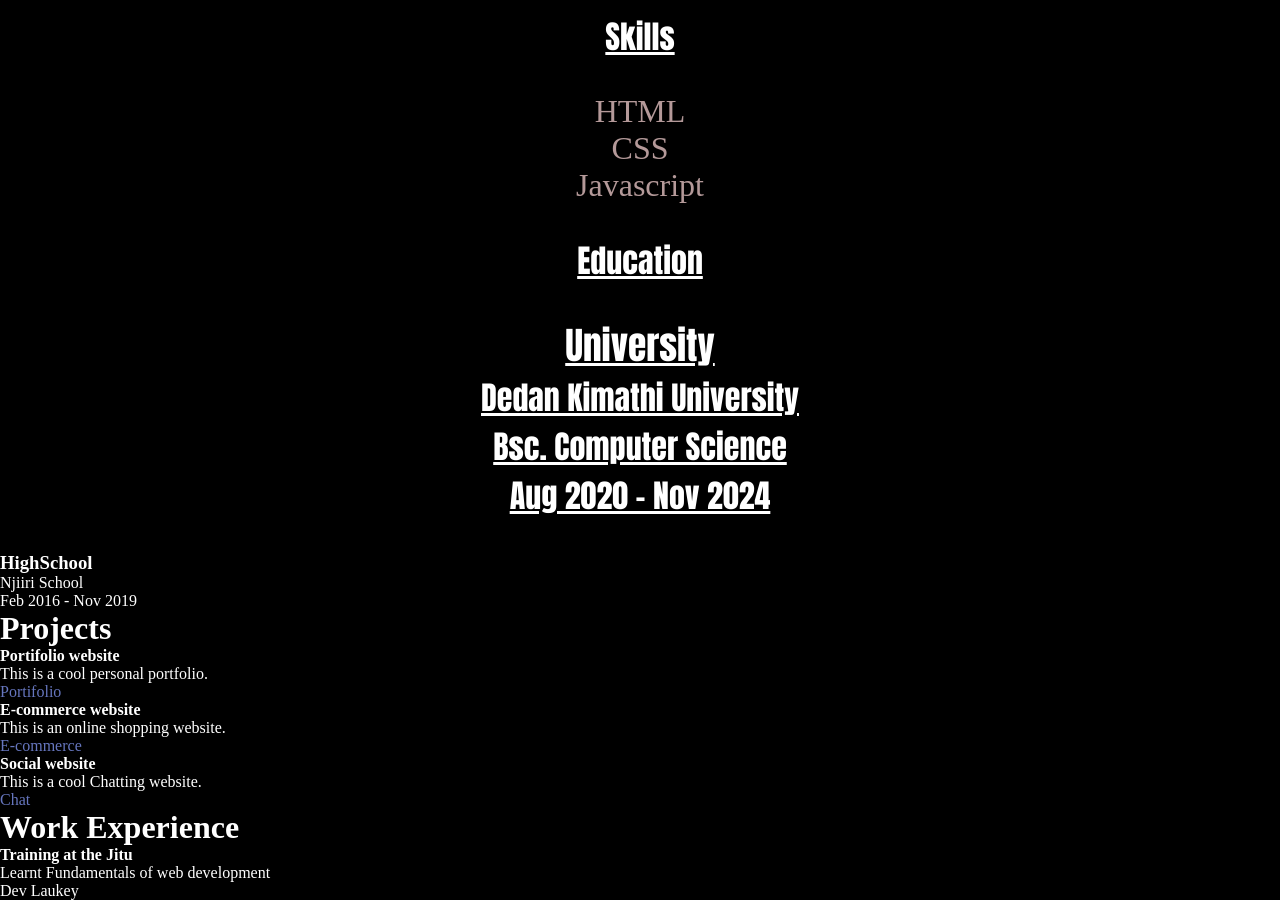
Repository: LaukeyMwaura/Jitu-Day-2
Page: index.html
The author's editor kept a copy of each file at every save. The page is drawn from the files as they stood at one save, then again after the next save.
The browser window is 1280 px wide. The pictures show the part of the page from y = 640 to 1540 px (the page is 1540 px tall before and 1305 px after).
A picture or video elsewhere on the page could not be fetched, so the positions and the page height are approximate.

Above is the page before, as saved 2022-05-12 00:33:10.

### index.html
<!DOCTYPE html>
<html lang="en">
  <head>
    <meta charset="UTF-8" />
    <meta http-equiv="X-UA-Compatible" content="IE=edge" />
    <meta name="viewport" content="width=device-width, initial-scale=1.0" />
    <title>First Site</title>
    <link rel="stylesheet" href="./style.css">
  </head>
  <body>
    <nav class="nav">
      <ul class="list" style="list-style-type: circle">
        <li><a href="#about">About </a></li>
        <li><a href="#skills">Skills </a></li>
        <li><a href="#education">Education </a></li>
        <li><a href="#projects">Projects </a></li>
        <li><a href="#work">Work </a></li>
      </ul>
    </nav>
    <div id="about">
      <h1 class="heading" id="about-me">About Me</h1>
      <div class="about">
        <p class="text">Music Lover

        </p>
        <br>
         <p class="text"> Programming Enthusiast.</p>
          <p class="text">Let's connect:</p>
      <ul class="links">
     <li><a class="link" target="_blank" href="https://devlaukey.netlify.com/">Website</a></li>

        <li> <a target="_blank" href="https://www.linkedin.com/in/devlaukey/"
        >LinkedIn</a
      ></li>
        <li>
      <a target="_blank" href="https://github.com/DevLaukey">Github</a></li>
      </ul>

      <img
        height="450"
        weight="450"
        src="https://devlaukey.netlify.app/uploads/me.jpeg"
        alt=""
      />

      </div>


    </div>
    <div id="skills" >
      <h1 class="heading">Skills</h1>
      <ul class="skills">
        <li id="html">HTML</li>
        <li>CSS</li>
        <li>Javascript</li>
      </ul>
    </div>

    <div class="education" id="education">
      <h1 class="heading">Education</h1>
      <div class="heading">
        <h3>University</h3>
        <p>Dedan Kimathi University</p>
        <p>Bsc. Computer Science</p>
        <p>Aug 2020 - Nov 2024</p>
      </div>
      <div>
        <h3>HighSchool</h3>
        <p>Njiiri School</p>
        <p>Feb 2016 - Nov 2019</p>
      </div>
    </div>
    <div class="project" id="projects">
      <h1>Projects</h1>
      <div class="project" >
        <h4>Portifolio website</h4>
        <p>This is a cool personal portfolio.</p>
        <a href="https://devlaukey.netlify.app/">Portifolio</a>
      </div>
      <div class="project">
        <h4>E-commerce website</h4>
        <p>This is an online shopping website.</p>
        <a href="https://victor-100.web.app/">E-commerce</a>
      </div>
      <div class="project">
        <h4>Social website</h4>
        <p>This is a cool Chatting website.</p>
        <a href="https://messenger-clone-70550.web.app/">Chat</a>
      </div>
    </div>
    <div id="work" class="work">
      <h1>Work Experience</h1>
      <div>
        <h4>Training at the Jitu</h4>
        <p>Learnt Fundamentals of web development</p>
      </div>
    </div>

    <footer>
      <p>Dev Laukey</p>
    </footer>
  </body>
</html>

### style.css
*{
    margin: 0;
    padding: 0;
    box-sizing: border-box;
}
body {
    background-color: black;
    color: white;
}
.about {
    font-family:Impact, Haettenschweiler, 'Arial Narrow Bold', sans-serifs;
}
.heading{
    text-decoration: underline;
    text-align: center;
    font-size: 2em;
    font-family:Impact, Haettenschweiler, 'Arial Narrow Bold', sans-serifs;
    margin: 1em;
}
.list{
    display: flex;
    text-align: center;
    justify-content: center;
    overflow: hidden;
}

.list>li{
    margin: 10px 5px ;
    font-size: 1.5rem;
    padding: 10px 10px 0 10px;
    font-family: 'Courier New', Courier, monospace;

}
li{
    list-style: none;
}
.links{
    padding:10px;

}
a{
    text-decoration: none;
    color: rgb(102, 118, 190);

}

.text {
    font-size: 1.5em;
    font-family: 'Lucida Sans', 'Lucida Sans Regular', 'Lucida Grande', 'Lucida Sans Unicode', Geneva, Verdana, sans-serif;
}

.about{
    display: flex;

    justify-content: space-evenly;
}


.skills {
    color: rgb(180, 153, 153);
    text-align: center;
    font-size: 2rem;
}

After the next save:
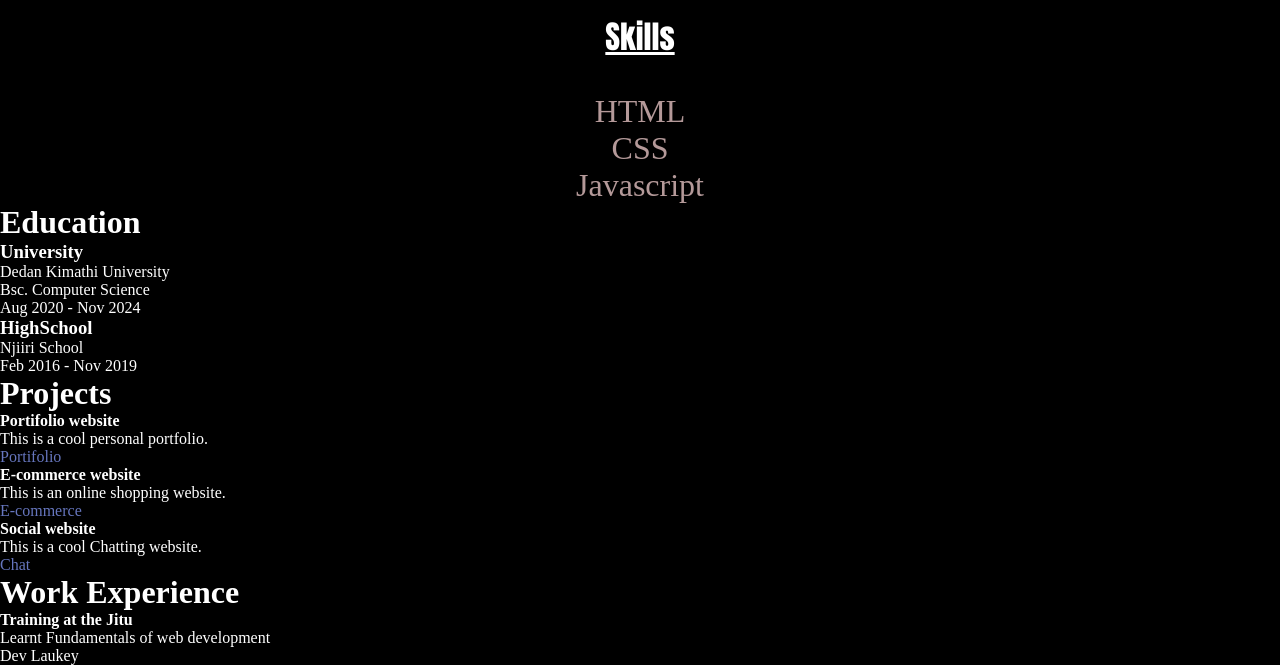
Saved 5 s later.
--- a/index.html
+++ b/index.html
@@ -57,8 +57,8 @@
     </div>
 
     <div class="education" id="education">
-      <h1 class="heading">Education</h1>
-      <div class="heading">
+      <h1 class="">Education</h1>
+      <div class="">
         <h3>University</h3>
         <p>Dedan Kimathi University</p>
         <p>Bsc. Computer Science</p>
